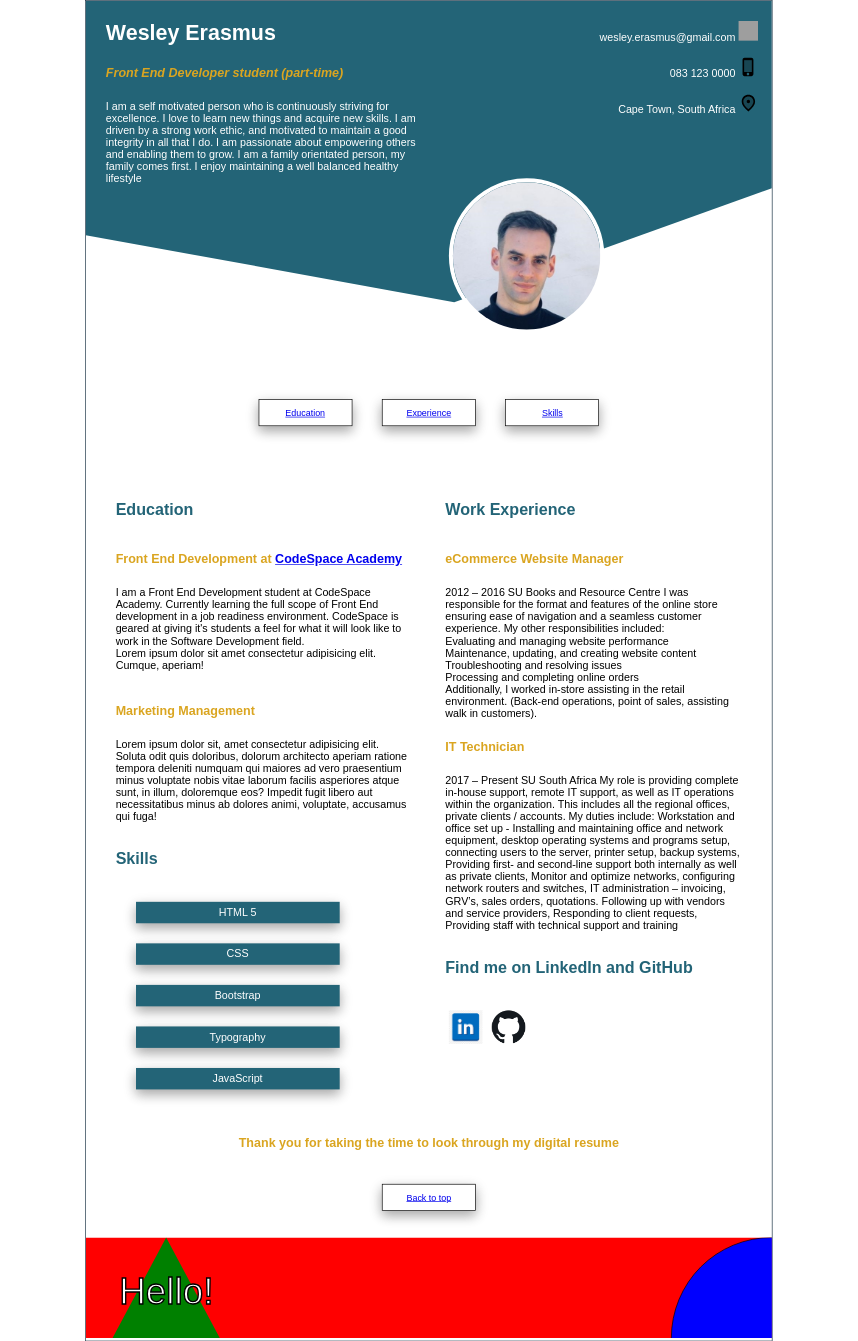
Repository: WesleyErasmus/myDigitalResume
Page: Resume-Projec-3/index.html
These files come from the project's save history. The page is drawn as it stood at one moment and after the next save; the edit follows.
The browser window is 1280 px wide. The pictures show the whole page, at 67% of full size.
Pictures or frames that could not be fetched are drawn as grey boxes.

Above is the page before, as saved 2022-02-12 22:55:54.

After the next save:
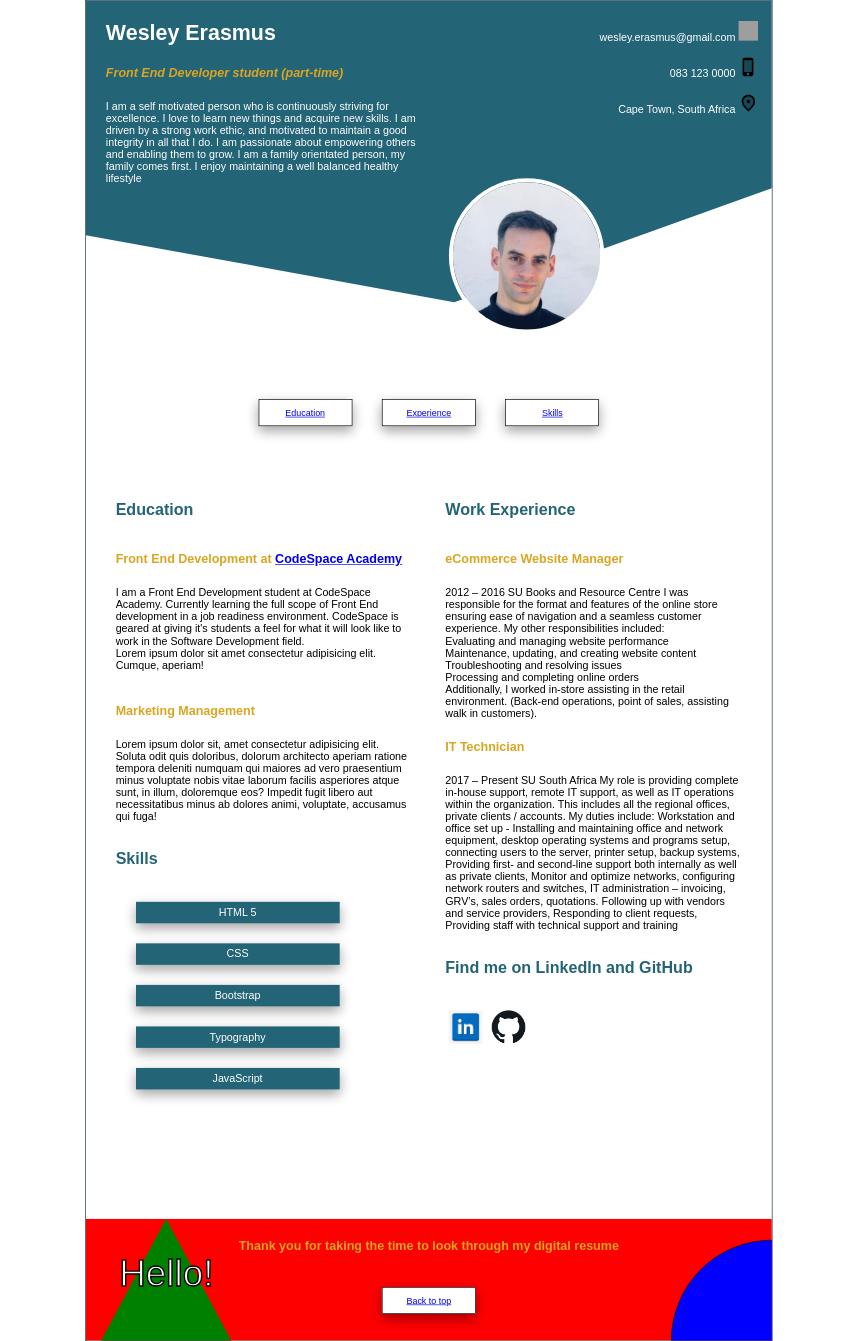
Saved 5 s later.
--- a/Resume-Projec-3/styles.css
+++ b/Resume-Projec-3/styles.css
@@ -134,4 +134,10 @@ footer {
 }
 .svg-bot {
     z-index: -1;
+    display: block;
+    z-index: -1;
+    position: absolute;
+    bottom: 0;
+    width: 100%;
+    height: 100%;
 }
